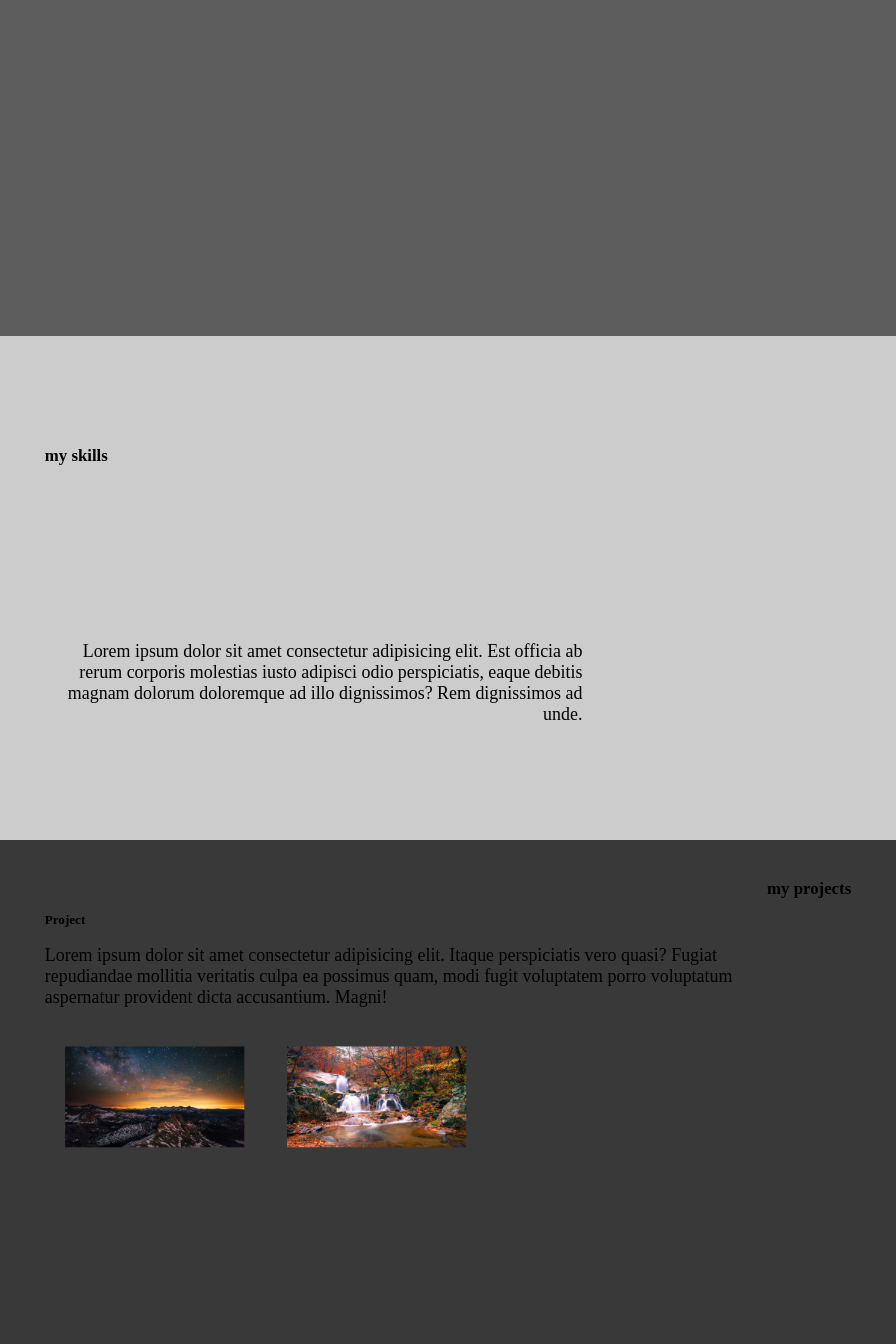
Repository: Bilbertius/thinkful-portfolio
Page: index.html
The author's editor kept a copy of each file at every save. The page is drawn from the files as they stood at one save, then again after the next save.
The browser window is 1280 px wide. The pictures show the part of the page from y = 960 to 2880 px (the page is 2880 px tall), at 70% of full size.

Above is the page before, as saved 2020-01-16 15:32:55.

### index.html
<!DOCTYPE html>
<html lang="en">
  <head>
    <meta charset="UTF-8" />
    <meta name="viewport" content="width=device-width, initial-scale=1.0" />
    <meta http-equiv="X-UA-Compatible" content="ie=edge" />
    <link rel="stylesheet" href="index.css" />
    <title>Portfolio</title>
  </head>

  <body>
    <nav>
      <ul>
        <li><a href="#about">About</a></li>
        <li><a href="#skills">Skills</a></li>
        <li><a href="#projects">Projects</a></li>
      </ul>
    </nav>

    <main class="scroll-container">
      <section id="landing" class="scroll-section">
        <header>
          <h2>Hi, I am will</h2>
        </header>
        <p id="content">
          Lorem ipsum, dolor sit amet consectetur adipisicing elit. Maxime,
          porro eaque in ipsum, placeat quasi eligendi velit officia voluptate
          perferendis eum alias, ipsa aliquid dicta impedit animi qui error
          veniam?
        </p>
      </section>
      <section id="about" class="scroll-section">
        <header>
          <h2>about me</h2>
        </header>
        <p id="content">
          Lorem ipsum dolor sit amet consectetur adipisicing elit. Sit quam
          molestiae blanditiis, aliquid excepturi architecto hic molestias, sint
          quas, culpa voluptatem. Unde recusandae libero repudiandae mollitia
          dolor tenetur eos ex.
        </p>
      </section>
      <section id="skills" class="scroll-section">
        <header>
          <h2>my skills</h2>
        </header>
        <p id="content">
          Lorem ipsum dolor sit amet consectetur adipisicing elit. Est officia
          ab rerum corporis molestias iusto adipisci odio perspiciatis, eaque
          debitis magnam dolorum doloremque ad illo dignissimos? Rem dignissimos
          ad unde.
        </p>
      </section>
      <section id="projects" class="scroll-section">
        <header>
          <h2>my projects</h2>
        </header>

        <h3>Project</h3>
        <p id="content">
          Lorem ipsum dolor sit amet consectetur adipisicing elit. Itaque
          perspiciatis vero quasi? Fugiat repudiandae mollitia veritatis culpa
          ea possimus quam, modi fugit voluptatem porro voluptatum aspernatur
          provident dicta accusantium. Magni!
        </p>
        <img src="./3956.jpg" alt="filler image" />
        <img src="./20234.jpg" alt="filler image" />
      </section>
    </main>
  </body>
</html>

### index.css
* {
  box-sizing: border-box;
  scroll-behavior: smooth;
}

body {
  margin: 0 auto;
  display: flex;
  flex-flow: column nowrap;
  background-color: #ccc;
}

nav {
  position: fixed;
  top: 1vh;
  right: 1vw;
}

nav ul {
  display: flex;
  justify-content: space-around;
  align-items: center;
  list-style-type: none;
}

nav ul li {
  padding-left: 15em;
}

nav > ul > li > a {
  text-decoration: none;
}

main.scroll-container {
  background-color: #ccc;
}

.scroll-section {
  height: 100vh;
  padding: 5vh 5vw;
}

.scroll-section > p {
  max-width: 80vw;
  min-width: 40vw;
  font-size: 1.6em;
}

main.scroll-container section#landing.scroll-section {
}

main.scroll-container section#landing.scroll-section header {
  text-align: right;
  padding: 5em;
}

main.scroll-container section#landing.scroll-section header h2 {
}

main.scroll-container section#landing.scroll-section p#content {
  max-width: 80vw;
}

main.scroll-container section#about.scroll-section {
  background-color: rgb(93, 93, 93);
}

main.scroll-container section#about.scroll-section header {
}

main.scroll-container section#about.scroll-section header h2 {
  text-align: right;
}

main.scroll-container section#about.scroll-section p#content {
  width: 60vw;
}

main.scroll-container section#skills.scroll-section {
  display: flex;
  justify-content: space-around;
  flex-flow: column nowrap;
}

main.scroll-container section#skills.scroll-section header {
}

main.scroll-container section#skills.scroll-section header h2 {
}

main.scroll-container section#skills.scroll-section p#content {
  text-align: right;
  align-self: right;
  width: 60vw;
}

main.scroll-container section#projects.scroll-section {
  background-color: #3a3939;
}

main.scroll-container section#projects.scroll-section header {
}

main.scroll-container section#projects.scroll-section header h2 {
  text-align: right;
}

main.scroll-container section#projects.scroll-section p#content {
}

img {
  width: auto;
  height: 20vh;
  max-height: 20vh;
  max-width: 30vw;
  margin: 1.8em;
}

After the next save:
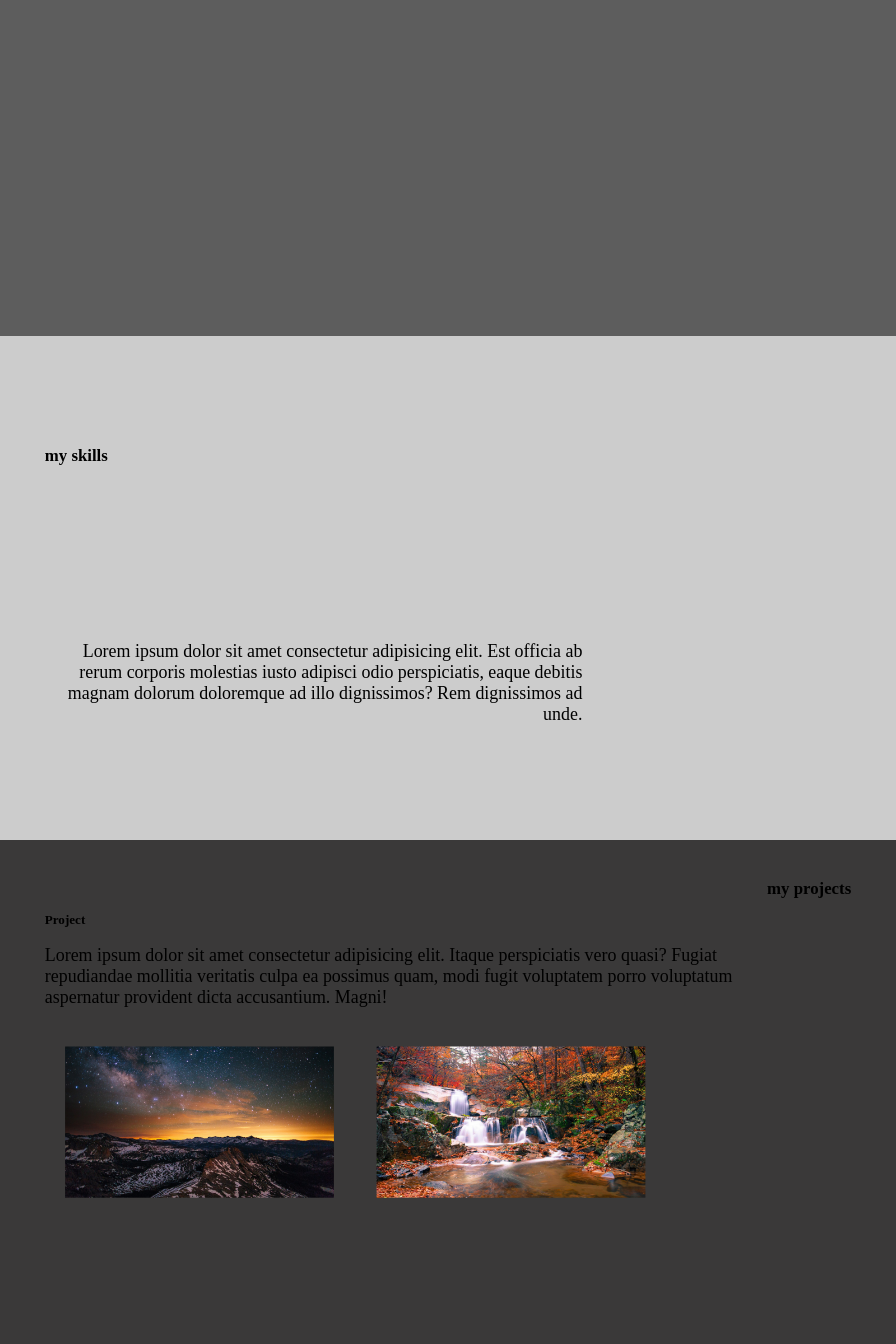
Saved 47 s later.
--- a/index.css
+++ b/index.css
@@ -109,9 +109,7 @@ main.scroll-container section#projects.scroll-section p#content {
 }
 
 img {
-  width: auto;
-  height: 20vh;
-  max-height: 20vh;
-  max-width: 30vw;
+  width: 30vw;
+  height: auto;
   margin: 1.8em;
 }
